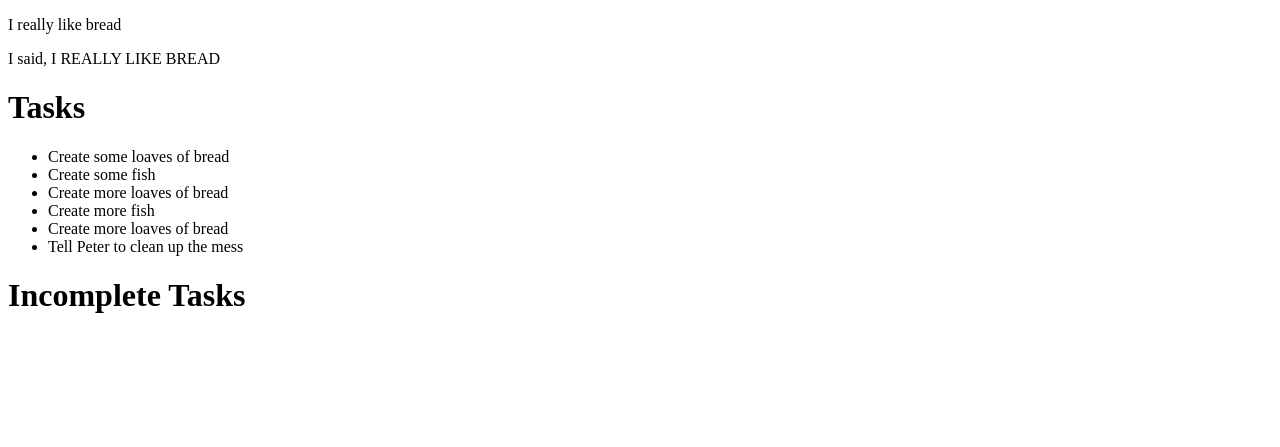
Repository: aedawes/cs260
Page: VueAssignments/lesson4/index.html
These files come from the project's save history. The page is drawn as it stood at one moment and after the next save; the edit follows.
The browser window is 1280 px wide. The pictures show the whole page.

Above is the page before, as saved 2022-02-24 21:58:22.

### VueAssignments/lesson4/index.html
<!DOCTYPE html>
<html>
    <head>

    </head>
    <body>
        <div id="root">
            <p> {{ message }}</p>
            <p>I said, {{ screaming }}</p>
            <h1>Tasks</h1>
            <ul>
                <li v-for="task in tasks" v-text="task.description"></li>
            </ul>
            <h1>Incomplete Tasks</h1>
            <ul>
                <li v-for="task in incompleteTasks" v-text="task.description"></li>
            </ul>
        </div>
        <script src="https://cdn.jsdelivr.net/npm/vue/dist/vue.js"></script>
        <script text="type/javascript" src="script.js"></script>
    </body>
</html>

### VueAssignments/lesson4/script.js
let app = new Vue({
    // bind it to the #root div in the DOM
    el: "#root",
    // provide data for bindings
    data: {
      message: 'I really like bread',
      tasks: [{
          description: "Create some loaves of bread",
          completed: true
        },
        {
          description: "Create some fish",
          completed: true
        },
        {
          description: "Create more loaves of bread",
          completed: false,
        },
        {
          description: "Create more fish",
          completed: false
        },
        {
          description: "Create more loaves of bread",
          completed: false
        },
        {
          description: "Tell Peter to clean up the mess",
          completed: false
        }
      ]
    },
    computed: {
      screaming() {
        return this.message.toUpperCase();
      },
    }
});

After the next save:
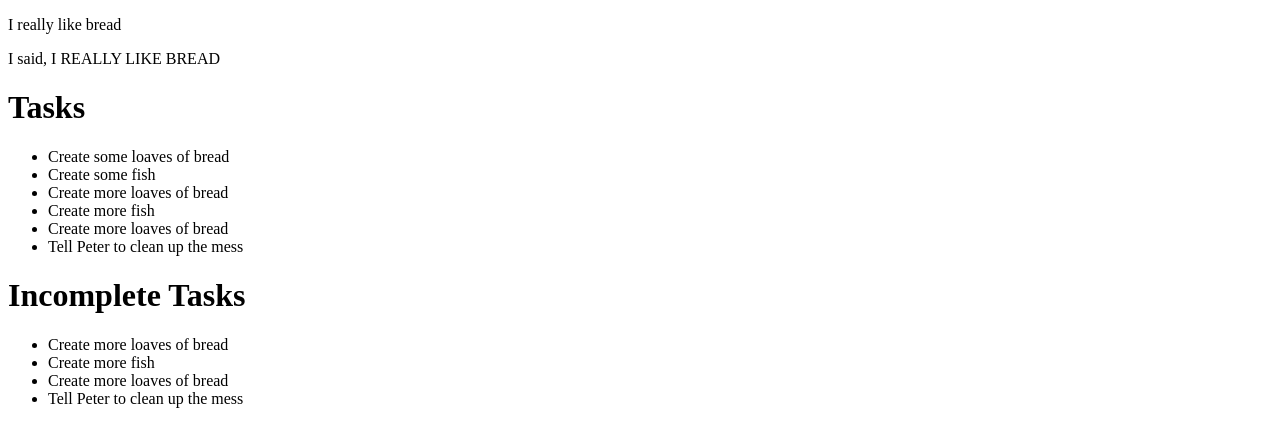
Saved 26 s later.
--- a/VueAssignments/lesson4/script.js
+++ b/VueAssignments/lesson4/script.js
@@ -31,8 +31,11 @@ let app = new Vue({
       ]
     },
     computed: {
-      screaming() {
-        return this.message.toUpperCase();
-      },
-    }
+        screaming() {
+          return this.message.toUpperCase();
+        },
+        incompleteTasks() {
+          return this.tasks.filter(task => !task.completed);
+        }
+      }
 });
